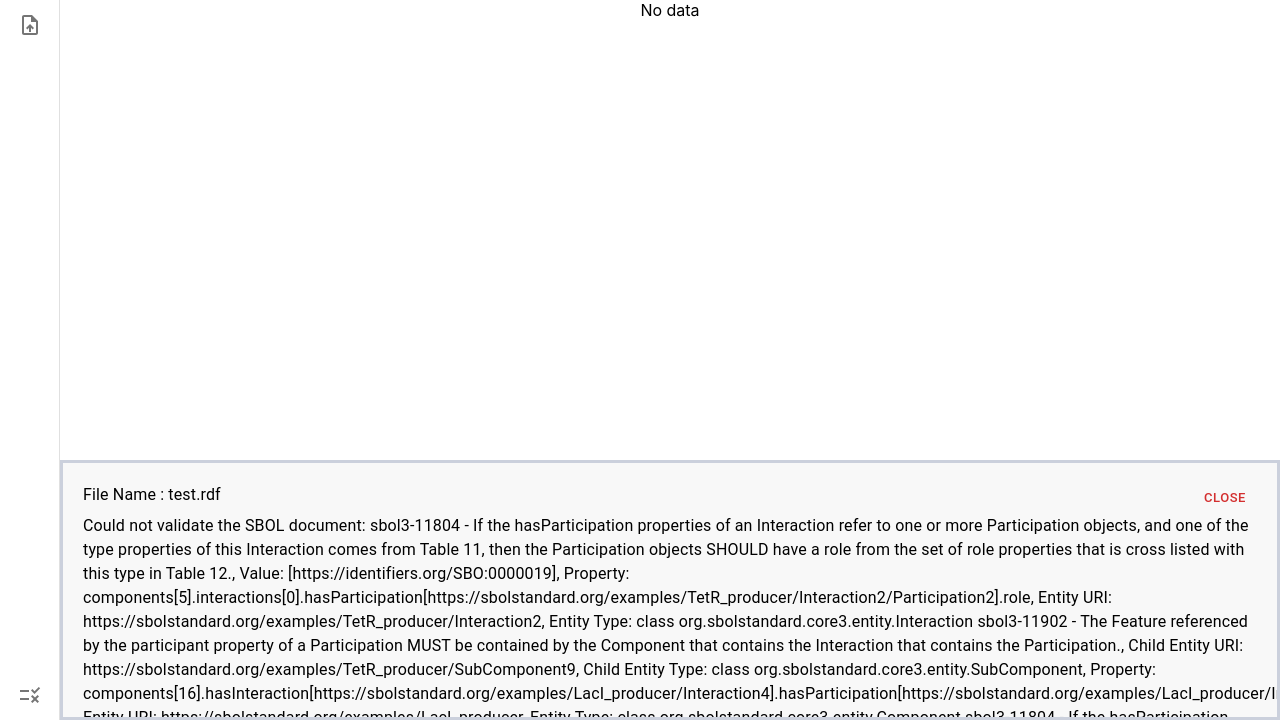
Repository: imark00/sbolInsight_frontend
Page: /, after clicking the first element matching `div.MuiPaper-root > :nth-child(2)`
An editor plug-in stored every save of this project. The page is shown before and after the next save, followed by the edit.
The browser window is 1280 px wide. The pictures show the whole page.
The project was rebuilt for these pictures with package versions that can differ from the ones it lists, and the page was loaded fresh each time. Also part of the build but not shown: src/App.css.

Above is the page before, as saved 2024-08-19 12:39:13.

After the next save:
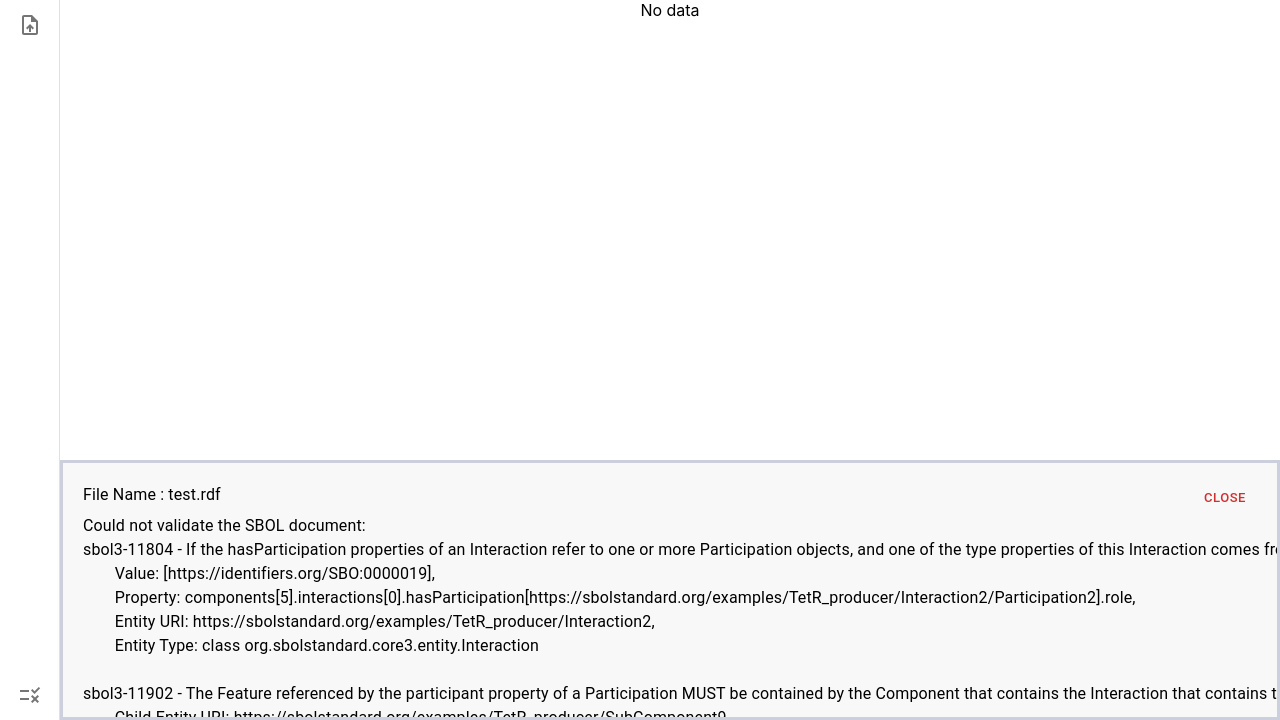
Saved 20 s later.
--- a/src/sbolInsight.js
+++ b/src/sbolInsight.js
@@ -191,7 +191,7 @@ const SBOLInsightPage = () => {
                             </Button>
                         </Box>
 
-                        <Typography sx={{ whiteSpace: "normal" }}>
+                        <Typography sx={{ whiteSpace: "pre" }}>
                             {message}
                         </Typography>
                     </Box>
